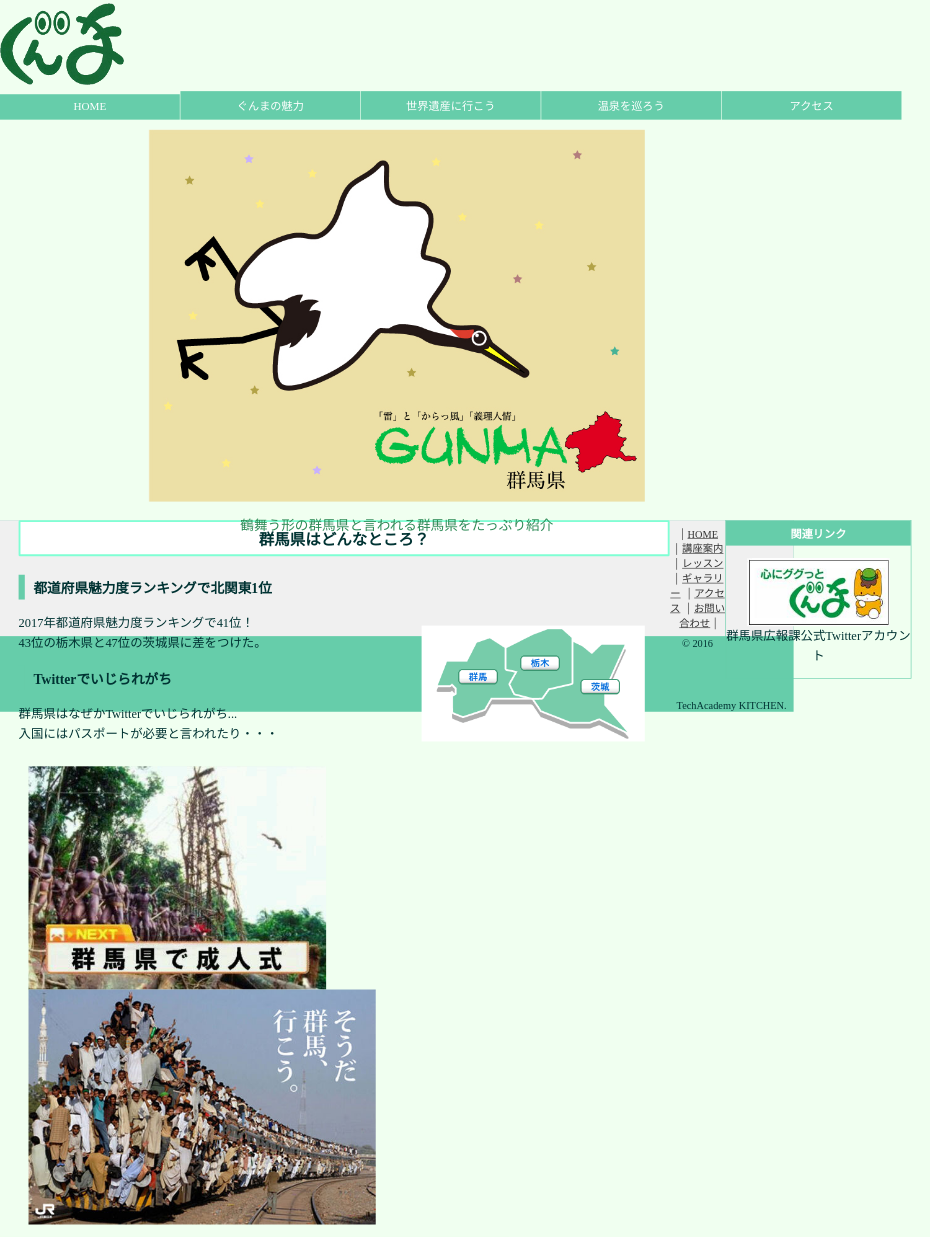
Repository: erinakatagiri/gomi
Page: gunma/Gunma.html
The author's editor kept a record of every edit. The page is drawn from the files as they stood at one moment, then again after the next edit.
The browser window is 1280 px wide. The page is 1500 px wide, so the pictures cover 1500 px, including what lies to the right of the window. The pictures show the whole page, at 62% of full size.

Above is the page before.

### gunma/Gunma.html
<!DOCTYPE html>
<html lang="ja"
    <head>
        <meta charset="UTF-8">
        <title>Gunma</title>
        <link rel="stylesheet" href="Gunma.css"
    </head>
    <body>
        <!--ここからヘッダー-->
        <header>
            <h1><a href="GUnma.html"><img src="images_gunma/logo.gif" alt="ぐんま"></a></h1>
            <nav id="global_navi">
                <ul>
                    <li class="current"><a href="Gunma.html">HOME</a></li>
                    <li><a href="miryoku.html">ぐんまの魅力</a></li>
                    <li><a href="sekaiisan.html">世界遺産に行こう</a></li>
                    <li><a href="onsen.html">温泉を巡ろう</a></li>
                    <li><a href="access.html">アクセス</a></li>
                </ul>
            </nav>
        </header>
            <div id="main_visual">
                <img src="images_gunma/tsuru.jpg" alt="鶴">
            <div id="intro"
            <p>鶴舞う形の群馬県と言われる群馬県をたっぷり紹介</p>
            </div>
            </div>
               <div id="wrapper">
            <div id="main">
                <section id="point">
                    <h2>群馬県はどんなところ？</h2>
                    <section>
                        <h3>都道府県魅力度ランキングで北関東1位</h3>
                        <figure>
                            <img src="images_gunma/kkanto.gif" alt="北関東">
                        </figure>
                        <p>
                            2017年都道府県魅力度ランキングで41位！<br>
                            43位の栃木県と47位の茨城県に差をつけた。<br>
                    </section>
                    <section>
                        <h3>Twitterでいじられがち</h3>
                        <figure>
                            <img src="images_gunma/seijinshiki.jpg" alt="群馬の成人式">
                            <img src="images_gunma/gunmahe.jpg" alt="群馬へ行こう">

                        </figure>
                        <p>
                            群馬県はなぜかTwitterでいじられがち...<br>
                            入国にはパスポートが必要と言われたり・・・
                        </p>
                    </section>
                </section>
            </div>
            <!--メインここまで-->
            <!--ここからサイド-->
            <aside id="sidebar">
                <section id="side_banner">
                    <h2>関連リンク</h2>
                    <ul>
                        <li>
                            <a href="https://twitter.com/gunmapref_koho"><img src="images_gunma/kokoro.jpg" alt="Twitter"></a>
                            <p>群馬県広報課公式Twitterアカウント</p>
                        </li>
                    </ul>
                </section>
            </aside>
            <!--サイドここまで-->
        </div>
        <!--wrapperここまで-->
        <!--ここからフッター-->
        <footer>
            <div id="footer_navi">
                <ul>
                    <li><a href="kitchen.html">HOME</a></li>
                    <li><a href="course.html">講座案内</a></li>
                    <li><a href="lesson.html">レッスン</a></li>
                    <li><a href="gallery.html">ギャラリー</a></li>
                    <li><a href="access.html">アクセス</a></li>
                    <li><a href="contact.html">お問い合わせ</a></li>
                </ul>
            </div>
            <small>&copy; 2016 TechAcademy KITCHEN.</small>
        </footer>
        <!--フッターここまで-->
    </body>
</html>

### gunma/Gunma.css
@charset "UTF-8";

body{
    margin: 0;
    padding: 0;
    color: #033;
    font-size: 20px;
    background-color: #f0fff0;
}
a {
    color: #333;
}
a: visited {
    color: #dc143c;
}
a:hover {
    color: #333;
    font-weight: 700;
    text-decoration: none;
}
h1,h2,h3,h4,h5,h6 {
    margin-top: 0;
}
p {
    margin-top: 0;
    line-height: 1.6;
}
img {
    vertical-align: bottom;
}
#main h2 {
    background: #fff;
    font-size: 25px;
    padding: 8px 22px;
    border-radius: 2px;
    border: 3px solid #7fffd4;
    margin-bottom: 30px
}
#main h3 {
    font-size: 16px;
    border-left: solid 10px #66cdaa;
    padding: 4px 9px 4px 14px;
}
header {
    width: 1500px;
    margin: 0 auto;
}
header h1 {
    margin: 5px 0 10px;
}
#global_navi {
    margin-bottom: 16px;
}
#global_navi ul {
    font-size: 0;
    list-style: none;
    margin: 0;
    padding: 0;
}
#global_navi ul li {
    font-size: 18px;
    display: inline-block;
    width: 290px;
    margin-right: 1px;
    text-align: center;
}
#global_navi ul li a {
    display: block;
    padding: 10px 16px;
    background-color: #66cdaa;
    color: #fff;
    text-decoration: none;
    transition: background-color .2s linear;
}

#main_visual{
    text-align: center;
    width: 1200px;
    height: 600px;
    margin: 0 auto 30px;
}
#intro{
    font-size: 22px;
    color: #2e8b57;
    text-align: center;
    margin-top: 20px;
}
#point h2{
    text-align: center;
}
#point h3{
    font-size: 22px;
}
#point figure{
    float: right;
    margin-left: 16px;
    margin-bottom: 20px;
}
.clearfix::after {
    content: '';
    display: block;
    clear: both;
}
#body{
    width: 1500px;
}
#wrapper{
    width: 1500px;
    margin: 0 auto;
}
#main{
    width: 70%;
    float: left;
    margin-left: 30px;
}
#sidebar{
    width: 20%;
    float: right;
    margin-right: 30px;
}
#side_banner ul {
    list-style: none;
    padding: 0;
}

#side_banner {
    margin-bottom: 30px;
    border: 1px solid #66cdaa;
    text-align: center;
}

#side_banner h2 {
    background-color: #66cdaa;
    color: #fff;
    padding: 7px;
    font-size: 18px;
    text-align: center;
}
footer #footer_navi ul {
    list-style: none;
    margin: 0;
    padding: 0;
    text-align: center;
}
footer {
    background-color: #66cdaa;
    text-align: center;
}
footer #footer_navi {
    background-color: #f0f0f0;
    padding: 10px 0;
}
footer #footer_navi li {
    display: inline;
    border-left: solid 1px #333;
    margin-left: 8px;
    padding-left: 8px;
    font-size: smaller;
}

footer #footer_navi li:last-child {
  border-right: solid 1px #333;
  padding: 0 8px;
}

After the next edit:
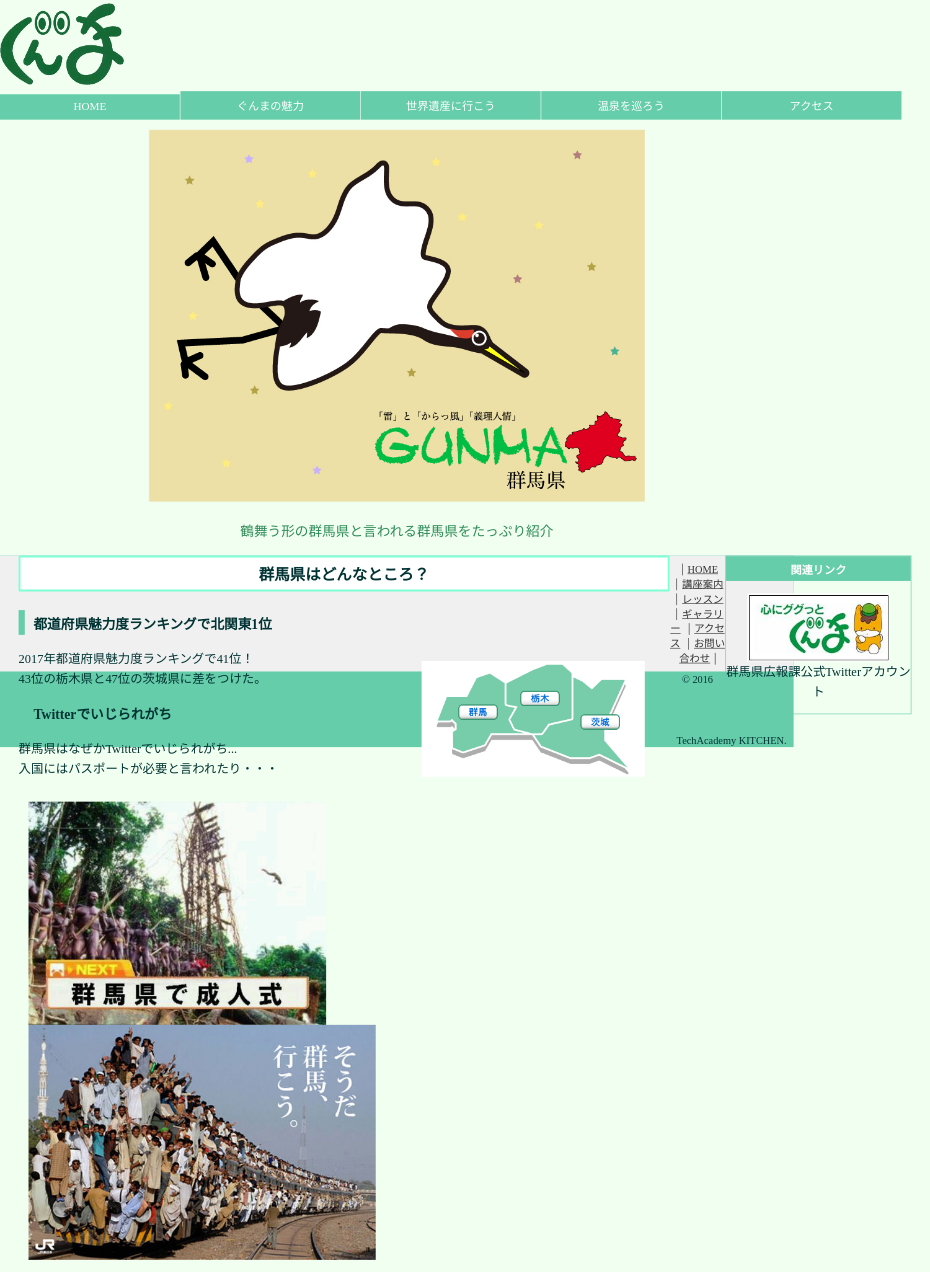
The edit:
--- a/gunma/Gunma.html
+++ b/gunma/Gunma.html
@@ -21,9 +21,9 @@
         </header>
             <div id="main_visual">
                 <img src="images_gunma/tsuru.jpg" alt="鶴">
-            <div id="intro"
-            <p>鶴舞う形の群馬県と言われる群馬県をたっぷり紹介</p>
             </div>
+            <div id="intro">
+                <p>鶴舞う形の群馬県と言われる群馬県をたっぷり紹介</p>
             </div>
                <div id="wrapper">
             <div id="main">
